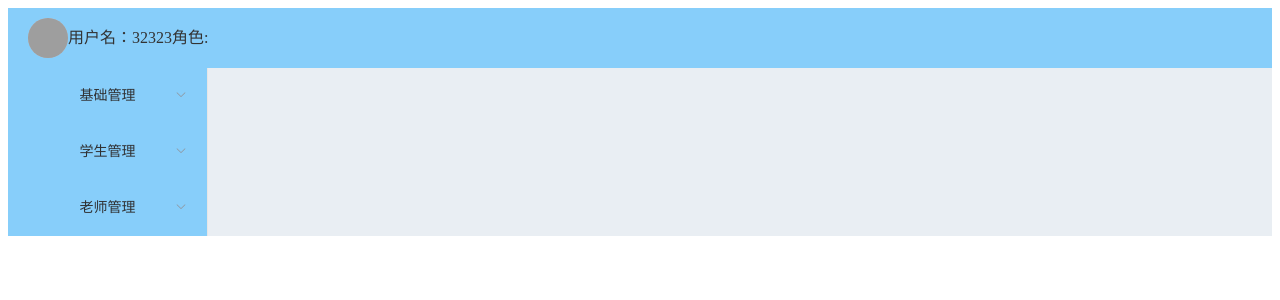
Repository: lwm9704/school-front
Page: /#/home
An editor plug-in stored every save of this project. The page is shown before and after the next save, followed by the edit.
The browser window is 1280 px wide. The pictures show the whole page.
Pictures or frames that could not be fetched are drawn as grey boxes. The project was rebuilt for these pictures with package versions that can differ from the ones it lists, and the page was loaded fresh each time. Also part of the build but not shown: src/view/login.vue.

Above is the page before, as saved 2021-11-15 15:50:53.

### src/main.js
// The Vue build version to load with the `import` command
// (runtime-only or standalone) has been set in webpack.base.conf with an alias.
import Vue from 'vue'
import App from './App'
import router from './router'
import ElementUI from 'element-ui'
import 'element-ui/lib/theme-chalk/index.css'
import Vuex from 'vuex'

Vue.config.productionTip = false
Vue.use(ElementUI)
Vue.use(Vuex)

/* eslint-disable no-new */
new Vue({
  el: '#app',
  router,
  components: { App },
  template: '<App/>'
})

### src/router/index.js

import Vue from 'vue'
import Router from 'vue-router'
import Login from '@/view/login'
import Home from '../view/home'


Vue.use(Router)

export default new Router({
  routes: [
    {
      path: '/',
      redirect: '/login',
    },
    {
      path: '/login',
      name: 'login',
      component: Login
    },
    {
      path: '/home',
      name: 'home',
      component: Home,
      children: [
        {
          path: '/user',
          name: 'user',
          component: () => import('@/view/user')
        },
        {
          path: '/code',
          name: 'code',
          component: () => import('@/view/code')
        },
        {
          path: '/course',
          name: 'course',
          component: () => import('@/view/course')
        },
        {
          path: '/grade',
          name: 'grade',
          component: () => import('@/view/grade')
        },
        {
          path: '/lecture',
          name: 'lecture',
          component: () => import('@/view/lecture')
        },
        {
          path: '/member',
          name: 'member',
          component: () => import('@/view/member')
        },
        {
          path: '/score',
          name: 'score',
          component: () => import('@/view/score')
        },
        {
          path: '/teaching',
          name: 'teaching',
          component: () => import('@/view/teaching')
        }
      ]
    },

  ]
})

### src/view/home.vue
<template>
  <el-container>
    <el-header>
      <div class="header">
        <myHeader></myHeader>
      </div>
    </el-header>
    <el-container>
      <el-aside width="200px" class="Aside">
        <leftMenu></leftMenu>
      </el-aside>
      <el-container>
        <el-main>
          <router-view></router-view>
        </el-main>
      </el-container>
    </el-container>
  </el-container>
</template>
<script>
import req from "../js/home";
import leftMenu from "../components/leftMenu";
import myHeader from "../components/myHeader";
export default {
  components: {
    leftMenu,
    myHeader,
  },

  methods: {
    // handlerSelect(key, path) {
    //   console.log(key, path);
    //   // console.log(this.$route.path)
    //   if (path !== this.$route.path) {
    //     this.$router.replace({ path: path});
    //     // this.$router.push({path: key, query: {}})
    //   }
    //   // this.$router.push({name: key, params: {}})
    //   console.log(key);
    //   console.log(path);
    // },
    //侧边栏的方法
    handleOpen(key, keyPath) {
      console.log(key, keyPath);
    },
    handleClose(key, keyPath) {
      console.log(key, keyPath);
    },
  },
  mounted() {},
};
</script>
<style lang="scss" scoped>
.el-header,
.el-footer {
  background-color: #87CEFA;
  color: #333;
  text-align: center;
  line-height: 60px;
}

.el-aside {
  background-color: #87CEFA;
  color: #333;
  text-align: center;
  line-height: 200px;
}

.el-main {
  background-color: #e9eef3;
  color: #333;
  text-align: center;
  line-height: 160px;
}

body > .el-container {
  margin-bottom: 40px;
}
</style>

### src/js/home.js
import req from "../fect/rquestConfig";

const config = {
    getUserInfo: {
        url: '/user/selectOfCondition',
        method: 'get'
    },
}
const request = function (funcName, requestParam) {
    return req(config[funcName].url, config[funcName].method, requestParam, {}, config[funcName].fileConfig)
}
export default request

### src/components/leftMenu.vue
<template>
  <div>
    <el-menu
      class="el-menu-vertical-demo"
      :default-active="this.$router.path"
      router
      background-color="#87CEFA"
      @open="handleOpen"
      @close="handleClose"
    >
      <el-submenu
        v-for="(item, index) in menuList"
        :index="index + ''"
        :key="item.labe"
      >
        <template slot="title">{{ item.labe }}</template>
        <div v-if="item.children">
          <el-menu-item
            v-for="items in item.children"
            :index="items.path"
            :key="items.path"
          >
            <template slot="title">
              {{ items.labe }}
            </template>
          </el-menu-item>
        </div>
      </el-submenu>
    </el-menu>
  </div>
</template>

<script>
// import router from 'vue-router'
export default {
  name: "leftMenu",
  props: [],
  data() {
    return {
      menuList: [
        {
          index: "1",
          labe: "基础管理",
          children: [
            {
              index: "1 - 1",
              labe: "编码管理",
              path: "/code",
            },
            {
              index: "1 - 2",
              labe: "用户管理",
              path: "/user",
            },
            {
              index: "1 - 3",
              labe: "班级管理",
              path: "/grade",
            },
            {
              index: "1 - 4",
              labe: "课程管理",
              path: "/course",
            },
          ],
        },
        {
          index: "2",
          labe: "学生管理",
          children: [
            {
              index: "2 - 1",
              labe: "学生家庭成员管理",
              path: "/member",
            },
            {
              index: "2 - 2",
              labe: "考试成绩管理",
              path: "/score",
            },
          ],
        },
        {
          index: "3",
          labe: "老师管理",
          children: [
            {
              index: "3 - 1",
              labe: "教学管理",
              path: "/teaching",
            },
            {
              index: "3 - 2",
              labe: "授课管理",
              path: "/lecture",
            },
          ],
        },
      ],
    };
  },
  methods: {
    // handlerSelect(key, path) {
    // console.log(key,path)
    // if (path !== this.$route.path) {
    //   this.$router.replace({path:'path'});
    //   // this.$router.push({path: key, query: {}})
    // }
    // // this.$router.push({name: key, params: {}})
    // console.log(key);
    // console.log(path);
    // this.$emit('select', key,path);
    // },
    handleOpen(key, keyPath) {
      console.log(key, keyPath);
    },
    handleClose(key, keyPath) {
      console.log(key, keyPath);
    },
  },
};
</script>

<!-- Add "scoped" attribute to limit CSS to this component only -->
<style scoped>
</style>

### src/components/myHeader.vue
<template>
  <div class="myHeader">
    <div class="userInfo">
      <div class="avatar">
        <el-avatar
          src="https://cube.elemecdn.com/0/88/03b0d39583f48206768a7534e55bcpng.png"
        ></el-avatar>
      </div>
      <div class="charInfo">
        <span>用户名：{{userInfo.account}}</span>
        <span>角色:{{userInfo.role}}</span>
      </div>
    </div>
  </div>
</template>
<script>
export default {
  name: "myHeader",
  props: [],
  data() {
    return {
      userInfo: {
        userId: "3232",
        account: "32323",
        role: "",
      },
    };
  },
  methods: {
    getUserInfo() {},
  },
  mounted() {
    this.getUserInfo();
  },
};
</script>
<style lang="scss" scoped>
.myHeader{
  background-color:#87CEFA;
}
.userInfo {
    display: flex;
    flex-direction: row;
    .avatar{
      padding-top: 10px;
    }
}
</style>

### src/fect/rquestConfig.js
import axios from 'axios'
import { throwErr } from './throwErr'

// const urlHead = 'http://305o99f251.wicp.vip'
const urlHead = 'http://localhost:9000'
const qs = require('qs')

/**
 *
 * @param {String} url 请求路径
 * @param {String} method 请求方法
 * @param {Object} params 请求参数
 * @param {Object} requestHeader 请求头
 * @param {Object} fileConfig ---> {type, fileName} 导出配置 ---> 导出类型, 文件名称
 */
const req = function (url, method, params, requestHeader, fileConfig = {}) {
    let instance = axios.create({
        baseURL: urlHead,
        timeout: 60000
    })

    // 添加请求拦截器
    instance.interceptors.request.use(config => {
        return config
    }, error => {
        return Promise.reject(error)
    })

    let requestConfig = {
        url: url,
        method: method,
        //将header、params、token复制到目标
        params: Object.assign({}, params, { access_token: JSON.parse(sessionStorage.getItem('userInfo')).access_token }),
        data: qs.stringify(Object.assign({}, params, { access_token: JSON.parse(sessionStorage.getItem('userInfo')).access_token })),
        headers: {},
        responseType: fileConfig.type === 'file' ? 'blob' : ''
    }

    let getReg = /get|GET/
    let postReg = /post|POST/

    let fileData = {}

    let timer = null

    // 请求类型为导出时，添加vuex状态管理，定时修改vuex对应记录，请求完成或者请求报错时，停止定时器
    if (fileConfig.type === 'file') {
        fileData = {
            fileId: new Date().getTime(),
            fileName: fileConfig.fileName,
            fileLoadTime: 0,
            fileStatus: 'downloading',
            errorInfo: '',
            fileUrl: null
        }

    }

    if (getReg.test(requestConfig.method)) {
        delete requestConfig.data
        requestConfig.headers['Content-Type'] = 'application/json'
    } else if (postReg.test(requestConfig.method)) {
        delete requestConfig.params
        requestConfig.headers['Content-Type'] = 'application/x-www-form-urlencoded'
    }

    // 添加响应拦截器
    instance.interceptors.response.use(response => {
        clearInterval(timer)
        timer = null

        if (response.status === 200) {
            if (fileConfig.type === 'file') {
                fileData.fileStatus = 'success'
                fileData.fileUrl = window.URL.createObjectURL(new Blob([response.data]))
                // store.commit('changeExportFileList', fileData)
            }

            return response.data
        } else {
            if (fileConfig.type === 'file') {
                fileData.fileStatus = 'error'
                // store.commit('changeExportFileList', fileData)
            }

            throw new Error(throwErr(response))
        }
    }, error => {
        clearInterval(timer)
        timer = null

        if (fileConfig.type === 'file') {
            fileData.fileStatus = 'error'
            // store.commit('changeExportFileList', fileData)
        }

        return Promise.reject(error)
    })

    return instance(requestConfig)
}

export default req

### src/fect/throwErr.js
// axios错误信息匹配
export const throwErr = (response) => {
    let message = '请求错误'
    switch (response.status) {
        case 400:
            message = '请求错误'
            break
        case 401:
            message = '未授权，请登录'
            break
        case 403:
            message = '拒绝访问'
            break
        case 404:
            message = `请求地址出错: ${response.config.url}`
            break
        case 408:
            message = '请求超时'
            break
        case 500:
            message = '服务器内部错误'
            break
        case 501:
            message = '服务未实现'
            break
        case 502:
            message = '网关错误'
            break
        case 503:
            message = '服务不可用'
            break
        case 504:
            message = '网关超时'
            break
        case 505:
            message = 'HTTP版本不受支持'
            break
        default:
    }
    return '错误码:' + response.status + ' ' + '错误信息:' + message
}

Loaded but not shown: index.html (common file); src/App.vue (common file)

After the next save:
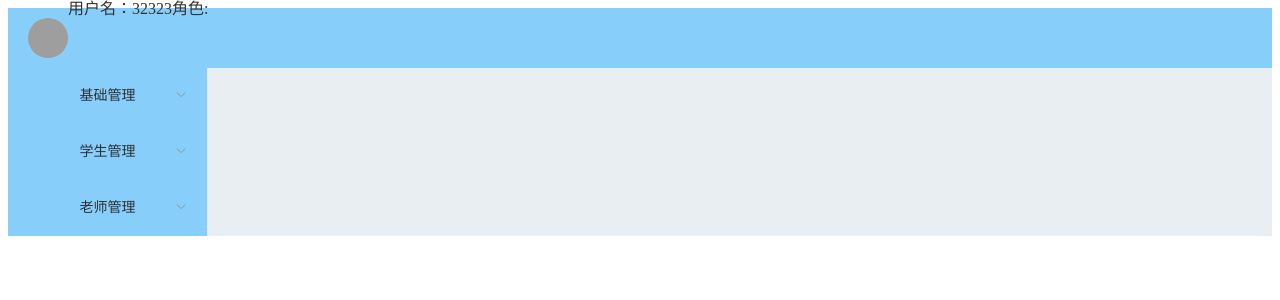
Saved 79 s later.
--- a/src/view/home.vue
+++ b/src/view/home.vue
@@ -56,7 +56,7 @@
   background-color: #87CEFA;
   color: #333;
   text-align: center;
-  line-height: 60px;
+  line-height: 15%;
 }
 
 .el-aside {

After the save that followed:
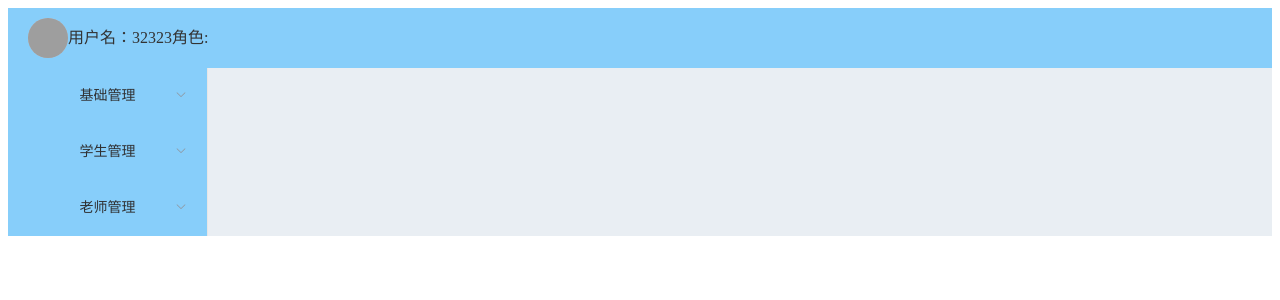
Saved 32 s later.
--- a/src/view/home.vue
+++ b/src/view/home.vue
@@ -56,7 +56,7 @@
   background-color: #87CEFA;
   color: #333;
   text-align: center;
-  line-height: 15%;
+  line-height: 60px;
 }
 
 .el-aside {
